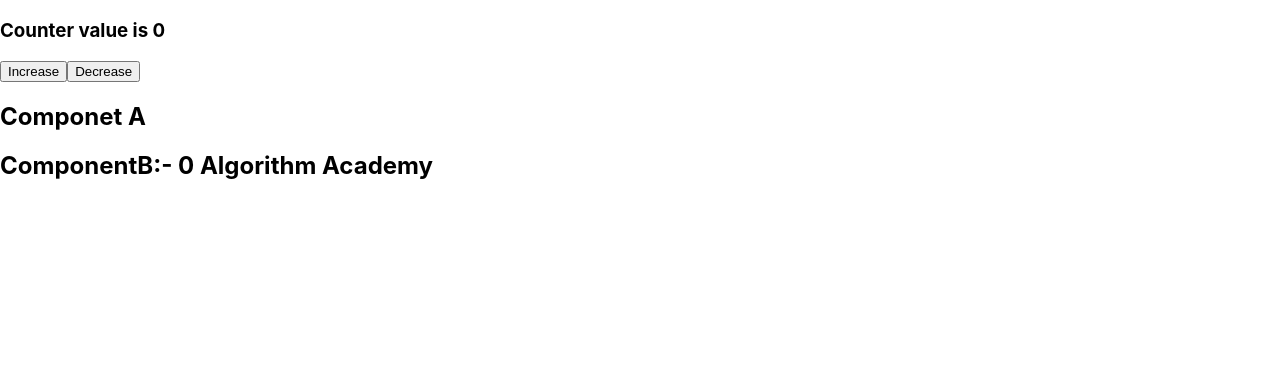
Repository: OmniaRafat232111121/my-app
Page: /
The author's editor kept a copy of each file at every save. The page is drawn from the files as they stood at one save, then again after a run of saves.
The browser window is 1280 px wide. The pictures show the whole page.
The project was rebuilt for these pictures with package versions that can differ from the ones it lists, and the page was loaded fresh each time.

Above is the page before, as saved 2022-10-22 10:57:32.

### src/App.js
// import React from 'react'
// import { PureComponent } from 'react/cjs/react.production.min';
// import Content from './Components/Content';
// import Form from './Components/Form';
// import Header from './Components/Header'
// import Items from './Components/Items';
// import LifeCycleA from './Components/LifeCycleA';
// import NameList from './Components/NameList';
// import Timer from './Components/Timer';
// import ToDoList from './Components/ToDoList';
// import UserGreeting from './Components/UserGreeting';
// import Welcome from './Welcome';

// class App  extends React.Component {
//   constructor(){
//     super();
//     console.log('Constructor')
//   }
//   componentDidMount(){
//     console.log("component Dis Mount")
//   }
//   componentDidUpdate(prevProps, prevState) {
// 		console.log('componentDidUpdate')
// 	}
//   state={
//     items:[
//         {id:11,name:'omnia',age:81},
//         {id:1,name:'omnia',age:81},
//         {id:1,name:'omnia',age:81}
//     ]
// }
// handleClick=(e)=>{
//   let items=this.state.items;
//   items.push({id:22,name:'ali',age:66})
//   this.setState({
//       items:items
//   })
// }
// handleDelete=(e)=>{
//   let items=this.state.items;
//   this.setState({
//    items:[
//     {id:11,name:'omnia',age:81}
//    ]
//   })
// }
//   render(){
//     console.log('render')
//     return(
//       <>
//       // <h1>LifecycleComponent</h1>
//       // <button onClick={this.handleClick}>Add</button>
//       // <button onClick={this.handleDelete}>Delete</button>
//        <PureComponent/>
//     </>
//     );
//   }
// }

// export default App

// import React,{useState} from 'react'
// import { PureComponent } from 'react/cjs/react.development'
// import ClickCounter from './Components/ClickCounter'
// import ComponentA from './Components/ComponentA'
// import ComponentB from './Components/ComponentB'
// import Counter from './Components/Counter'
// import Effect from './Components/Effect/Effect'
// import LoginFOrm from './Components/LoginFOrm'
// import Person1 from './Components/Person1'
// import Person2 from './Components/Person2'
// import UseState from './Components/useState/UseState'
// import CounterContextProvider from './context/CounterContext'

// const App = () => {

//   return (
//     <div>
//  <CounterContextProvider>
// <Counter/>
//  </CounterContextProvider>
// {
//   /*
//   <h1>COntextAPi</h1>
// <ComponentA name={name}/>
// <ComponentB name={name}/>

//   */
// }

//     </div>
//   )
// }

// export default App


import React from "react";
import ComA from "./Components/ComA";
import { Counter } from "./Components/Counter";
import CounterContextProvider from "./context/CounterContext";
import  NameContextProvider  from "./context/NameContext";
function App() {
  return (

    <>
    <CounterContextProvider>
    <Counter/>
    <NameContextProvider>
    <ComA/>
    </NameContextProvider>
    </CounterContextProvider>
    </>
  );
}

export default App;

### src/Components/ComA.jsx
import React from 'react'
import ComB from './ComB'

const ComA = () => {
  return (
    <div>
      <h2>Componet A</h2>
      <ComB/>
    </div>
  )
}

export default ComA

### src/Components/Counter.jsx
import React from "react";
import {counterContext} from "../context/CounterContext"
export const Counter = () => {
  return (
    <counterContext.Consumer>
      {({ counter, increaseCounter, decreaseCounter }) => {
        return (
          <div>
            <h3>Counter value is {counter}</h3>
            <button onClick={increaseCounter}>Increase</button>
            <button onClick={decreaseCounter}>Decrease</button>
          </div>
        );
      }}
    </counterContext.Consumer>
  );
};

### src/context/CounterContext.jsx
import React, { createContext, useState } from "react";

export const counterContext = createContext(0);
counterContext.displayName="Counter"
const CounterContextProvider = (props) => {
  const [counter, setCounter] = useState(0);

  const increaseCounter = () => setCounter(counter + 1);
  const decreaseCounter = () => setCounter(counter - 1);

  const value = { counter, increaseCounter, decreaseCounter };

  return (
    <counterContext.Provider value={value}>
    {props.children}
    </counterContext.Provider>
  );
};

export default CounterContextProvider;

### src/context/NameContext.jsx
import React, { createContext, useState } from "react";

export const NameContext = createContext();
NameContext.displayName = "Name";

const NameContextProvider = (props) => {
  const [name, setName] = useState("Algorithm Academy");

  return <NameContext.Provider value={name}>
  {props.children}
  </NameContext.Provider>;
};

export default NameContextProvider;

### src/Components/ComB.jsx
import React,{useContext} from 'react'
import { Counter } from './Counter'
import { NameContext } from '../context/NameContext'
import { counterContext } from '../context/CounterContext'
const ComB = () => {
    const name=useContext(NameContext)
    const {counter}= useContext(counterContext)
  return (
    <div>
    <h2>ComponentB:- {counter} {name} </h2>
    </div>

  );
}
export default ComB

// {
//     /*
//      <counterContext.Consumer>
//     {({ counter }) => (
//       <NameContext.Consumer>
//         {(name) => {
//           return (
//             <div>
//               <h2>
//                 Component B: {counter} - {name}
//               </h2>
//             </div>
//           );
//         }}
//       </NameContext.Consumer>
//     )}
//   </counterContext.Consumer>
//     */
//    }

### src/Components/Ref/Reference.jsx
import React,{useState,useEffect,useRef} from 'react'

const Reference = () => {
    const [user,setUser]=useState('');
   const refInput=useRef();
   useEffect(()=>{
    console.log("Helo")
    refInput.current.focus()
   })
  return (
    <div>
    <h2>Hooks:-[UseRef]</h2>
      <input ref={refInput} type="text" onChange={(e)=>setUser(e.target.value)}/>
    </div>
  )
}

export default Reference

Loaded but not shown: public/index.html (common file); src/index.js (common file); src/index.css (common file)

After the next 8 saves:
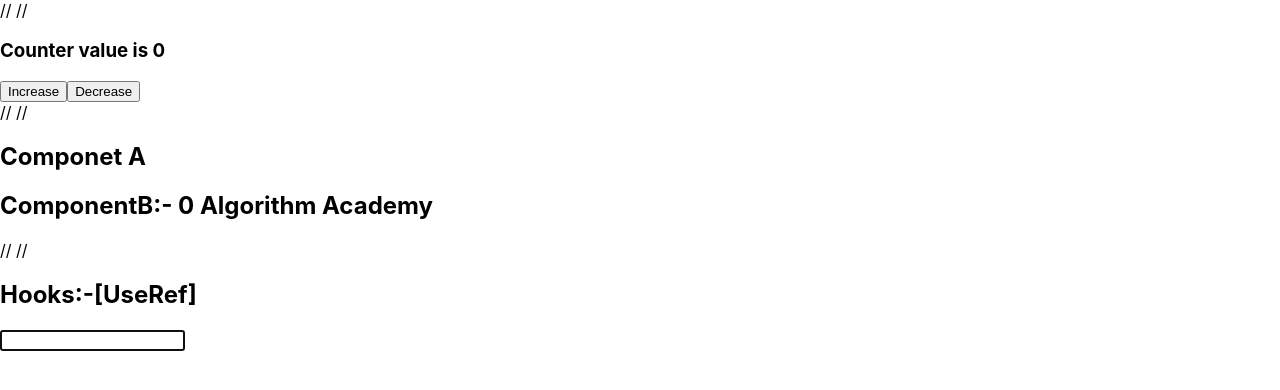
The 8 saves are shown as one change because they came seconds apart.
The last was saved 35 s later.
--- a/src/App.js
+++ b/src/App.js
@@ -98,18 +98,20 @@
 import React from "react";
 import ComA from "./Components/ComA";
 import { Counter } from "./Components/Counter";
+import Reference from "./Components/Ref/Reference";
 import CounterContextProvider from "./context/CounterContext";
 import  NameContextProvider  from "./context/NameContext";
 function App() {
   return (
 
     <>
-    <CounterContextProvider>
-    <Counter/>
-    <NameContextProvider>
-    <ComA/>
-    </NameContextProvider>
-    </CounterContextProvider>
+    // <CounterContextProvider>
+    // <Counter/>
+    // <NameContextProvider>
+    // <ComA/>
+    // </NameContextProvider>
+    // </CounterContextProvider>
+    <Reference/>
     </>
   );
 }
